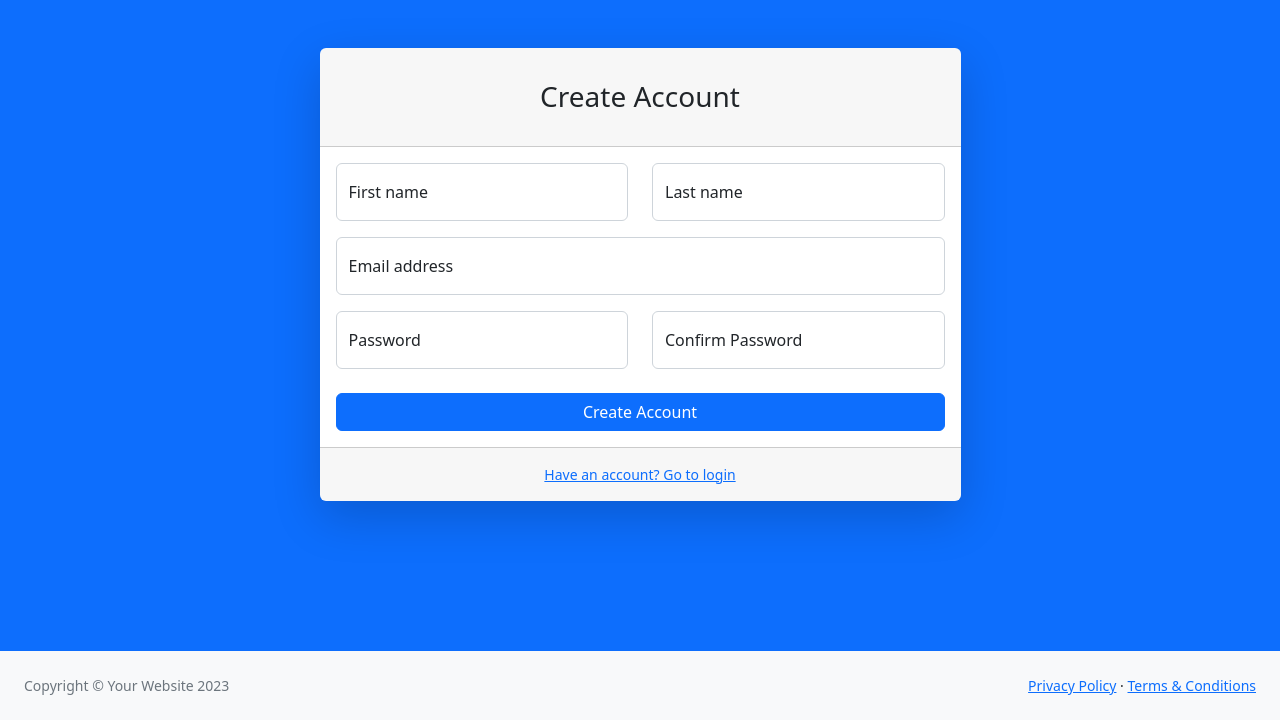
Repository: wonsungjin/Kosta
Page: http://localhost/web_prj/register.jsp
The author's editor kept a copy of each file at every save. The page is drawn from the files as they stood at one save, then again after the next save.
The browser window is 1280 px wide. The pictures show the whole page.
Some web libraries are served in a nearby version. The page is served by Tomcat 9. Other server files are loaded and not shown.

Above is the page before, as saved 2024-05-22 02:16:39.

### web_prj/src/main/webapp/register.jsp
<%@ page language="java" contentType="text/html; charset=UTF-8"
	pageEncoding="UTF-8"%>
<!DOCTYPE html>
<html lang="en">
<head>
<meta charset="utf-8" />
<meta http-equiv="X-UA-Compatible" content="IE=edge" />
<meta name="viewport"
	content="width=device-width, initial-scale=1, shrink-to-fit=no" />
<meta name="description" content="" />
<meta name="author" content="" />
<title>Register - SB Admin</title>
<link href="css/styles.css" rel="stylesheet" />
<script src="https://use.fontawesome.com/releases/v6.3.0/js/all.js"
	crossorigin="anonymous"></script>
</head>
<body class="bg-primary">
	<div id="layoutAuthentication">
		<div id="layoutAuthentication_content">
			<main>
				<div class="container">
					<div class="row justify-content-center">
						<div class="col-lg-7">
							<div class="card shadow-lg border-0 rounded-lg mt-5">
								<div class="card-header">
									<h3 class="text-center font-weight-light my-4">Create
										Account</h3>
								</div>
								<div class="card-body">
									<form method="post"
										action="<%=request.getContextPath()%>/UserServlet">
										<div class="row mb-3">
											<div class="col-md-6">
												<div class="form-floating mb-3 mb-md-0">
													<input name="userid" class="form-control" id="inputUserid"
														type="text" placeholder="Enter your first name" /> <label
														for="inputFirstName">First name</label>
												</div>
											</div>
											<div class="col-md-6">
												<div class="form-floating">
													<input name="uname" class="form-control" id="inputName"
														type="text" placeholder="Enter your last name" /> <label
														for="inputLastName">Last name</label>
												</div>
											</div>
										</div>
										<div class="form-floating mb-3">
											<input name="email" class="form-control" id="inputEmail"
												type="email" placeholder="name@example.com" /> <label
												for="inputEmail">Email address</label>
										</div>
										<div class="row mb-3">
											<div class="col-md-6">
												<div class="form-floating mb-3 mb-md-0">
													<input name="passwd" class="form-control"
														id="inputPassword" type="password"
														placeholder="Create a password" /> <label
														for="inputPassword">Password</label>
												</div>
											</div>
											<div class="col-md-6">
												<div class="form-floating mb-3 mb-md-0">
													<input name="passwd2" class="form-control"
														id="inputPasswordConfirm" type="password"
														placeholder="Confirm password" /> <label
														for="inputPasswordConfirm">Confirm Password</label>
												</div>
											</div>
										</div>
										<div class="mt-4 mb-0">
											<div class="d-grid">
												<a class="btn btn-primary btn-block" href="Login.jsp">Create
													Account</a>
											</div>
										</div>
									</form>
								</div>
								<div class="card-footer text-center py-3">
									<div class="small">
										<a href="Login.jsp">Have an account? Go to login</a>
									</div>
								</div>
							</div>
						</div>
					</div>
				</div>
			</main>
		</div>
		<div id="layoutAuthentication_footer">
			<footer class="py-4 bg-light mt-auto">
				<div class="container-fluid px-4">
					<div
						class="d-flex align-items-center justify-content-between small">
						<div class="text-muted">Copyright &copy; Your Website 2023</div>
						<div>
							<a href="#">Privacy Policy</a> &middot; <a href="#">Terms
								&amp; Conditions</a>
						</div>
					</div>
				</div>
			</footer>
		</div>
	</div>
	<script
		src="https://cdn.jsdelivr.net/npm/bootstrap@5.2.3/dist/js/bootstrap.bundle.min.js"
		crossorigin="anonymous"></script>
	<script src="js/scripts.js"></script>
</body>
</html>

### web_prj/src/main/webapp/js/scripts.js
/*!
    * Start Bootstrap - SB Admin v7.0.7 (https://startbootstrap.com/template/sb-admin)
    * Copyright 2013-2023 Start Bootstrap
    * Licensed under MIT (https://github.com/StartBootstrap/startbootstrap-sb-admin/blob/master/LICENSE)
    */
    //
// Scripts
//

window.addEventListener('DOMContentLoaded', event => {

    // Toggle the side navigation
    const sidebarToggle = document.body.querySelector('#sidebarToggle');
    if (sidebarToggle) {
        // Uncomment Below to persist sidebar toggle between refreshes
        // if (localStorage.getItem('sb|sidebar-toggle') === 'true') {
        //     document.body.classList.toggle('sb-sidenav-toggled');
        // }
        sidebarToggle.addEventListener('click', event => {
            event.preventDefault();
            document.body.classList.toggle('sb-sidenav-toggled');
            localStorage.setItem('sb|sidebar-toggle', document.body.classList.contains('sb-sidenav-toggled'));
        });
    }

});

Loaded but not shown: web_prj/src/main/webapp/css/styles.css (library)

After the next save:
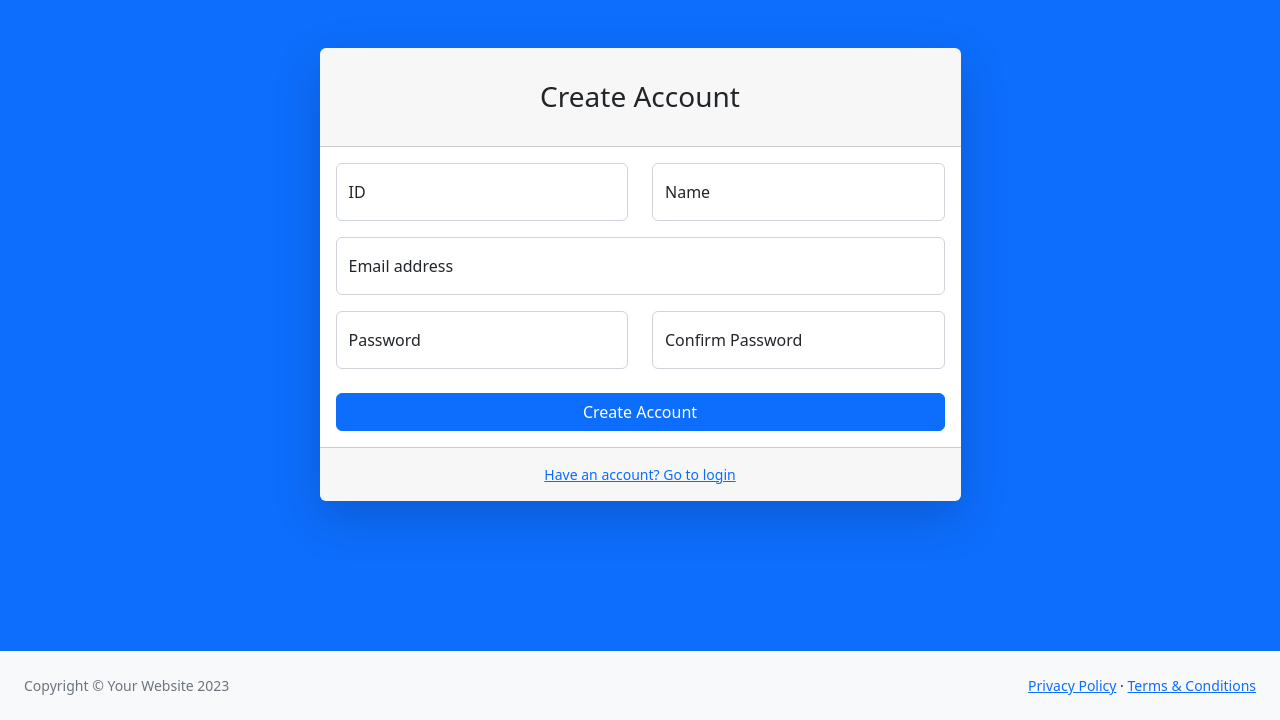
Saved 10 min 4 s later.
--- a/web_prj/src/main/webapp/register.jsp
+++ b/web_prj/src/main/webapp/register.jsp
@@ -27,21 +27,21 @@
 										Account</h3>
 								</div>
 								<div class="card-body">
-									<form method="post"
-										action="<%=request.getContextPath()%>/UserServlet">
+									<form method="post" action="<%=request.getContextPath()%>/UserServlet">
+									<input type = "hidden" name="pagecode" value="P001">
 										<div class="row mb-3">
 											<div class="col-md-6">
 												<div class="form-floating mb-3 mb-md-0">
 													<input name="userid" class="form-control" id="inputUserid"
-														type="text" placeholder="Enter your first name" /> <label
-														for="inputFirstName">First name</label>
+														type="text" placeholder="Enter your ID" /> <label
+														for="inputFirstName">ID</label>
 												</div>
 											</div>
 											<div class="col-md-6">
 												<div class="form-floating">
 													<input name="uname" class="form-control" id="inputName"
 														type="text" placeholder="Enter your last name" /> <label
-														for="inputLastName">Last name</label>
+														for="inputLastName">Name</label>
 												</div>
 											</div>
 										</div>
